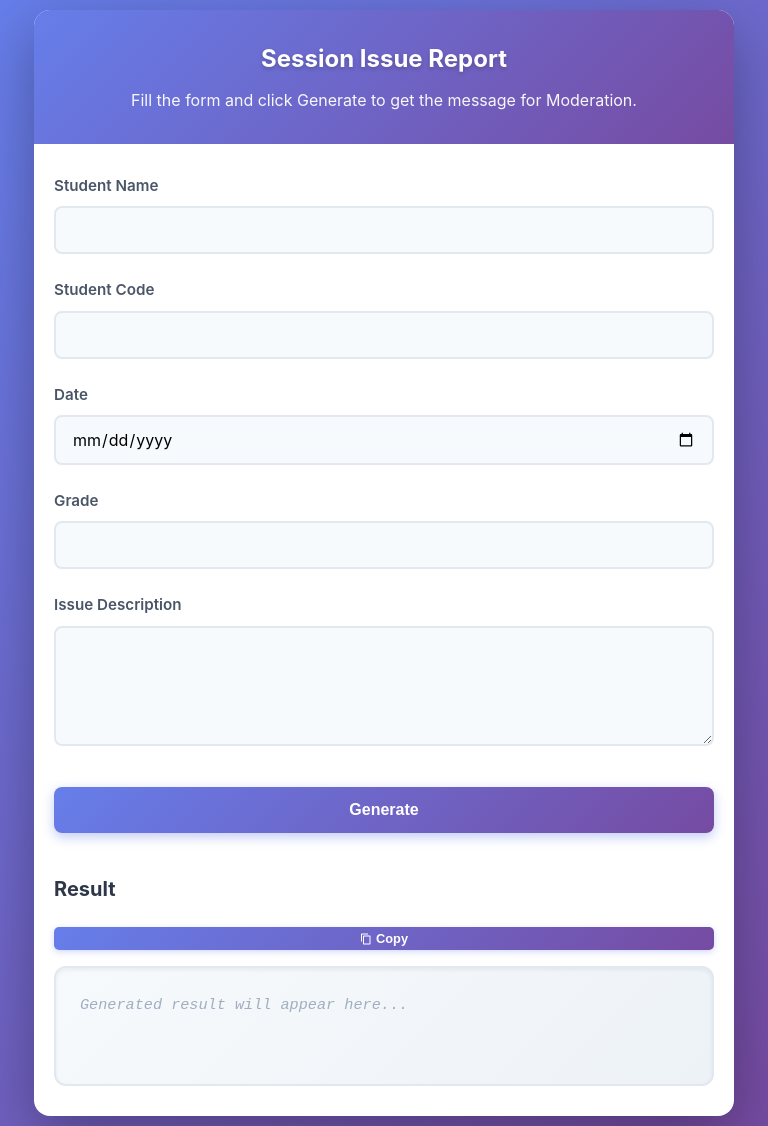
Repository: shklala/feedback-creator
Page: index.html
An editor plug-in stored every save of this project. The page is shown before and after the next save, followed by the edit.
The browser window is 768 px wide. The pictures show the whole page.

Above is the page before, as saved 2025-11-15 19:02:03.

### index.html
<!DOCTYPE html>
<html lang="en">

<head>
    <meta charset="UTF-8" />
    <title>Session Issue Report Generator</title>
    <style>
        * {
            margin: 0;
            padding: 0;
            box-sizing: border-box;
        }

        body {
            font-family: -apple-system, BlinkMacSystemFont, 'Segoe UI', Roboto, 'Helvetica Neue', Arial, sans-serif;
            background: linear-gradient(135deg, #667eea 0%, #764ba2 100%);
            min-height: 100vh;
            padding: 20px;
            line-height: 1.6;
            color: #333;
        }

        .container {
            max-width: 700px;
            margin: 0 auto;
            background: white;
            border-radius: 16px;
            box-shadow: 0 20px 60px rgba(0, 0, 0, 0.3);
            overflow: hidden;
        }

        .header {
            background: linear-gradient(135deg, #667eea 0%, #764ba2 100%);
            color: white;
            padding: 40px 30px;
            text-align: center;
        }

        h1 {
            font-size: 2rem;
            font-weight: 700;
            margin-bottom: 10px;
            text-shadow: 0 2px 4px rgba(0, 0, 0, 0.2);
        }

        .header p {
            font-size: 1rem;
            opacity: 0.95;
            margin-top: 8px;
        }

        .content {
            padding: 40px 30px;
        }

        .field {
            margin-bottom: 24px;
        }

        label {
            display: block;
            font-weight: 600;
            margin-bottom: 8px;
            color: #4a5568;
            font-size: 0.95rem;
        }

        input,
        textarea {
            width: 100%;
            padding: 12px 16px;
            box-sizing: border-box;
            border: 2px solid #e2e8f0;
            border-radius: 8px;
            font-size: 1rem;
            font-family: inherit;
            transition: all 0.3s ease;
            background: #f7fafc;
        }

        input:focus,
        textarea:focus {
            outline: none;
            border-color: #667eea;
            background: white;
            box-shadow: 0 0 0 3px rgba(102, 126, 234, 0.1);
        }

        input:hover,
        textarea:hover {
            border-color: #cbd5e0;
        }

        textarea {
            min-height: 120px;
            resize: vertical;
        }

        button {
            width: 100%;
            padding: 14px 24px;
            background: linear-gradient(135deg, #667eea 0%, #764ba2 100%);
            color: white;
            border: none;
            border-radius: 8px;
            font-size: 1rem;
            font-weight: 600;
            cursor: pointer;
            margin-top: 10px;
            transition: all 0.3s ease;
            box-shadow: 0 4px 12px rgba(102, 126, 234, 0.4);
        }

        button:hover {
            transform: translateY(-2px);
            box-shadow: 0 6px 20px rgba(102, 126, 234, 0.5);
        }

        button:active {
            transform: translateY(0);
        }

        .result-section {
            margin-top: 40px;
        }

        .result-header {
            display: flex;
            justify-content: space-between;
            align-items: center;
            margin-bottom: 16px;
        }

        h2 {
            color: #2d3748;
            font-size: 1.5rem;
            font-weight: 700;
            margin: 0;
        }

        .copy-button {
            display: flex;
            align-items: center;
            gap: 4px;
            padding: 4px 10px;
            background: linear-gradient(135deg, #667eea 0%, #764ba2 100%);
            color: white;
            border: none;
            border-radius: 5px;
            font-size: 0.8rem;
            font-weight: 600;
            cursor: pointer;
            transition: all 0.3s ease;
            box-shadow: 0 2px 6px rgba(102, 126, 234, 0.3);
            width: auto;
            white-space: nowrap;
        }

        .copy-button:hover {
            transform: translateY(-2px);
            box-shadow: 0 4px 12px rgba(102, 126, 234, 0.4);
        }

        .copy-button:active {
            transform: translateY(0);
        }

        .copy-button.copied {
            background: linear-gradient(135deg, #48bb78 0%, #38a169 100%);
            box-shadow: 0 2px 8px rgba(72, 187, 120, 0.3);
        }

        .copy-icon {
            width: 12px;
            height: 12px;
            fill: currentColor;

        }

        .result-wrapper {
            position: relative;
        }

        #outputBox {
            border: 2px solid #e2e8f0;
            border-radius: 12px;
            padding: 24px;
            white-space: pre-wrap;
            background: linear-gradient(135deg, #f7fafc 0%, #edf2f7 100%);
            font-family: 'Courier New', monospace;
            font-size: 0.95rem;
            line-height: 1.8;
            color: #2d3748;
            min-height: 120px;
            transition: all 0.3s ease;
            word-wrap: break-word;
            box-shadow: inset 0 2px 4px rgba(0, 0, 0, 0.06);
        }

        #outputBox:not(:empty) {
            border-color: #667eea;
            background: linear-gradient(135deg, #ffffff 0%, #f7fafc 100%);
            box-shadow: 0 4px 16px rgba(102, 126, 234, 0.15), inset 0 1px 2px rgba(0, 0, 0, 0.05);
        }

        #outputBox:empty::before {
            content: "Generated result will appear here...";
            color: #a0aec0;
            font-style: italic;
        }

        .copy-feedback {
            position: absolute;
            top: -40px;
            right: 0;
            background: #48bb78;
            color: white;
            padding: 8px 16px;
            border-radius: 6px;
            font-size: 0.85rem;
            font-weight: 600;
            opacity: 0;
            transform: translateY(-10px);
            transition: all 0.3s ease;
            pointer-events: none;
            box-shadow: 0 4px 12px rgba(72, 187, 120, 0.3);
        }

        .copy-feedback.show {
            opacity: 1;
            transform: translateY(0);
        }

        @media (max-width: 768px) {
            body {
                padding: 10px;
            }

            .header {
                padding: 30px 20px;
            }

            h1 {
                font-size: 1.5rem;
            }

            .content {
                padding: 30px 20px;
            }

            .result-header {
                flex-direction: column;
                align-items: flex-start;
                gap: 12px;
            }

            .copy-button {
                width: 100%;
                justify-content: center;
            }

            .copy-feedback {
                top: -35px;
                right: auto;
                left: 0;
            }

            h2 {
                font-size: 1.25rem;
            }
        }
    </style>
</head>

<body>
    <div class="container">
        <div class="header">
            <h1>Session Issue Report</h1>
            <p>Fill the form and click Generate to get the message for Moderation.</p>
        </div>

        <div class="content">
            <form id="dataForm">
                <div id="questions"></div>
                <button type="submit">Generate</button>
            </form>

            <div class="result-section">
                <div class="result-header">
                    <h2>Result</h2>
                    <button class="copy-button" id="copyButton" title="Copy to clipboard">
                        <svg class="copy-icon" viewBox="0 0 24 24" xmlns="http://www.w3.org/2000/svg">
                            <path
                                d="M16 1H4c-1.1 0-2 .9-2 2v14h2V3h12V1zm3 4H8c-1.1 0-2 .9-2 2v14c0 1.1.9 2 2 2h11c1.1 0 2-.9 2-2V7c0-1.1-.9-2-2-2zm0 16H8V7h11v14z" />
                        </svg>
                        <span id="copyButtonText">Copy</span>
                    </button>
                </div>
                <div class="result-wrapper">
                    <div class="copy-feedback" id="copyFeedback">Copied!</div>
                    <div id="outputBox"></div>
                </div>
            </div>
        </div>
    </div>

    <script>
        const templateConfig = {
            title: "Moderation Issue Report",
            fields: [
                { name: "studentName", label: "Student Name", type: "text" },
                { name: "studentCode", label: "Student Code", type: "text" },
                { name: "date", label: "Date", type: "date" },
                { name: "grade", label: "Grade", type: "text" },
                { name: "issue", label: "Issue Description", type: "textarea" }
            ],
            outputTemplate: `
      @channel
Session Issue Report

Student Name: {{studentName}}
Student Code: {{studentCode}}
Date: {{date}}
Grade: {{grade}}

Issue:
{{issue}}

Please check and resolve this issue for the session.
Thank you.
`
        };

        const questionsDiv = document.getElementById("questions");

        templateConfig.fields.forEach(field => {
            const wrapper = document.createElement("div");
            wrapper.className = "field";

            const label = document.createElement("label");
            label.textContent = field.label;
            label.setAttribute("for", field.name);

            let input;

            if (field.type === "textarea") {
                input = document.createElement("textarea");
            } else {
                input = document.createElement("input");
                input.type = field.type;
            }

            input.id = field.name;
            input.name = field.name;

            wrapper.appendChild(label);
            wrapper.appendChild(input);
            questionsDiv.appendChild(wrapper);
        });

        const form = document.getElementById("dataForm");
        const outputBox = document.getElementById("outputBox");
        const copyButton = document.getElementById("copyButton");
        const copyButtonText = document.getElementById("copyButtonText");
        const copyFeedback = document.getElementById("copyFeedback");

        form.addEventListener("submit", function (e) {
            e.preventDefault();

            const formData = new FormData(form);
            let result = templateConfig.outputTemplate;

            result = result.replace(/{{(.*?)}}/g, (match, fieldName) => {
                const value = formData.get(fieldName.trim());
                return value || "(missing)";
            });

            outputBox.textContent = result.trim();
        });

        copyButton.addEventListener("click", async function () {
            const textToCopy = outputBox.textContent.trim();

            if (!textToCopy || textToCopy === "Generated result will appear here...") {
                return;
            }

            try {
                await navigator.clipboard.writeText(textToCopy);

                // Show feedback
                copyFeedback.classList.add("show");
                copyButton.classList.add("copied");
                copyButtonText.textContent = "Copied!";

                // Reset after 2 seconds
                setTimeout(() => {
                    copyFeedback.classList.remove("show");
                    copyButton.classList.remove("copied");
                    copyButtonText.textContent = "Copy";
                }, 2000);
            } catch (err) {
                // Fallback for older browsers
                const textArea = document.createElement("textarea");
                textArea.value = textToCopy;
                textArea.style.position = "fixed";
                textArea.style.opacity = "0";
                document.body.appendChild(textArea);
                textArea.select();

                try {
                    document.execCommand("copy");
                    copyFeedback.classList.add("show");
                    copyButton.classList.add("copied");
                    copyButtonText.textContent = "Copied!";

                    setTimeout(() => {
                        copyFeedback.classList.remove("show");
                        copyButton.classList.remove("copied");
                        copyButtonText.textContent = "Copy";
                    }, 2000);
                } catch (fallbackErr) {
                    alert("Failed to copy text. Please select and copy manually.");
                }

                document.body.removeChild(textArea);
            }
        });
    </script>

</body>

</html>

After the next save:
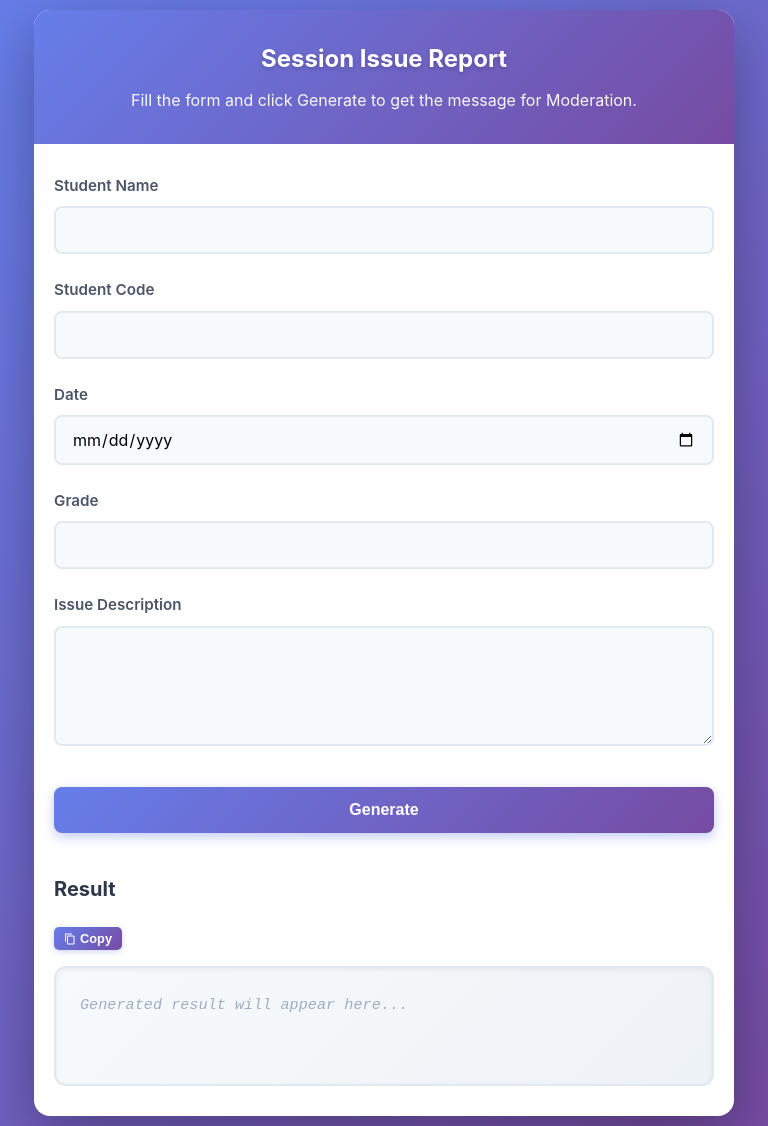
Saved 9 s later.
--- a/index.html
+++ b/index.html
@@ -255,8 +255,7 @@
             }
 
             .copy-button {
-                width: 100%;
-                justify-content: center;
+                width: auto;
             }
 
             .copy-feedback {
